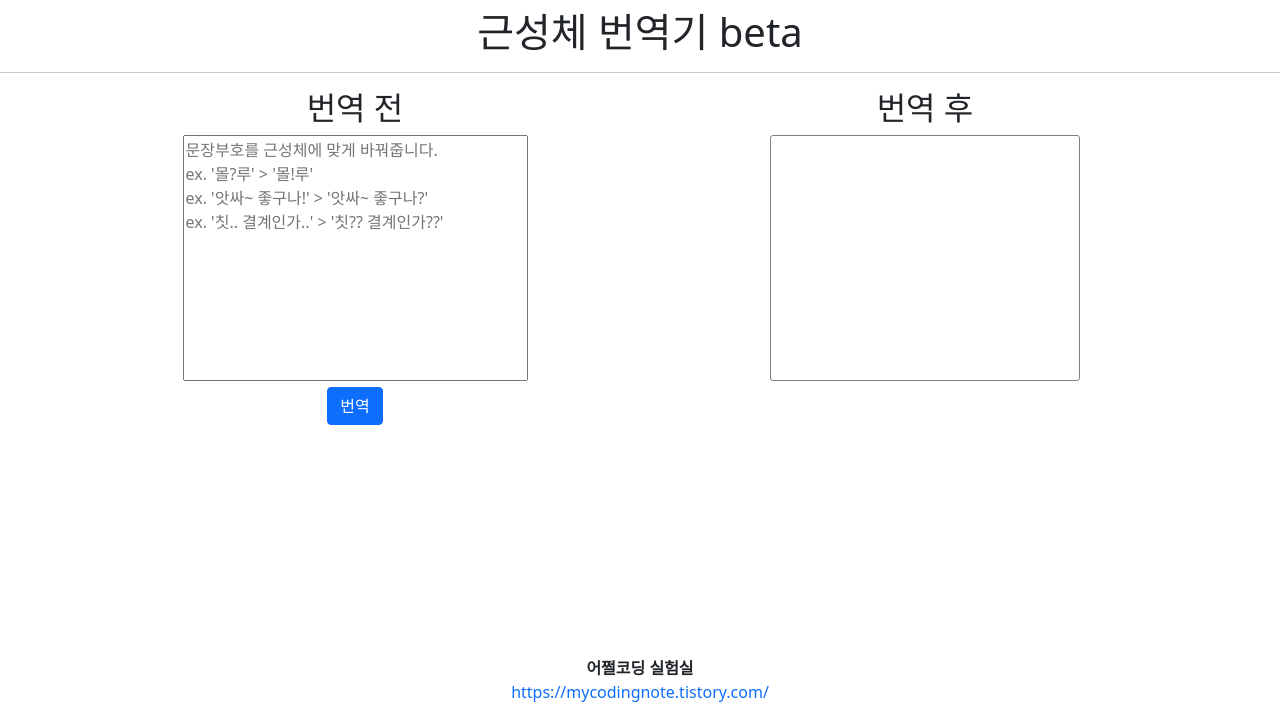
Repository: mickey530/jsp_practice
Page: http://localhost/JSPBasic/sungmo_send.jsp
These files come from the project's save history. The page is drawn as it stood at one moment and after the next save; the edit follows.
The browser window is 1280 px wide. The pictures show the whole page.
The page is served by Tomcat 9.

Above is the page before, as saved 2022-02-05 17:06:55.

### JSPBasic/src/main/webapp/sungmo_send.jsp
<%@ page language="java" contentType="text/html; charset=UTF-8"
    pageEncoding="UTF-8"%>
<!DOCTYPE html>
<html>
<head>
<meta charset="UTF-8">
<!-- 미디어 쿼리 -->
<meta name="viewport" content="width=device-width, initial-scale=1">
<!-- 부트스트랩 링크 -->
<link href="https://cdn.jsdelivr.net/npm/bootstrap@5.1.3/dist/css/bootstrap.min.css" rel="stylesheet" integrity="sha384-1BmE4kWBq78iYhFldvKuhfTAU6auU8tT94WrHftjDbrCEXSU1oBoqyl2QvZ6jIW3" crossorigin="anonymous">
<style>
	header {margin:8px; position:stickey; top:0px;}
	h1, h2 {text-align:center;}
	textarea {resize:none;}
	.result {
		border: 1px solid grey;
		border-radius: 3px;
		margin: 0 auto;
		padding: 2px;
		width: 310px; height: 246px;
	}
	footer {
		width:100%;
		text-align:center;
		position:fixed;
		bottom:0px;
		}
	a {text-decoration:none;}

</style>
<title>근성체 번역기</title>
</head>
<body>
<header>

	<h1>근성체 번역기 beta</h1>

</header>

<hr/>

<div class="container-md">

	<div class="row">

		<div class="col">
			<h2>번역 전</h2>
			<form action="sungmo_getpost.jsp" method="get" style="text-align:center">
				<textarea name="text" placeholder="문장부호를 근성체에 맞게 바꿔줍니다.&#13;&#10;ex. '몰?루' > '몰!루'&#13;&#10;ex. '앗싸~ 좋구나!' > '앗싸~ 좋구나?'&#13;&#10;ex. '칫.. 결계인가..' > '칫?? 결계인가??' " rows="10" cols="35" resize="none"></textarea><br/>
				<input type="submit" class="btn btn-primary" value="번역"/>
			</form>
		</div>

		<div class="col">
			<h2>번역 후</h2>
			<div class="result">

			</div>
		</div>

	</div>

</div>

<footer>
	<address>
	<strong>어쩔코딩 실험실</strong><br/>
	<a href="https://mycodingnote.tistory.com/">https://mycodingnote.tistory.com/</a>

	</address>
</footer>

</body>
</html>

After the next save:
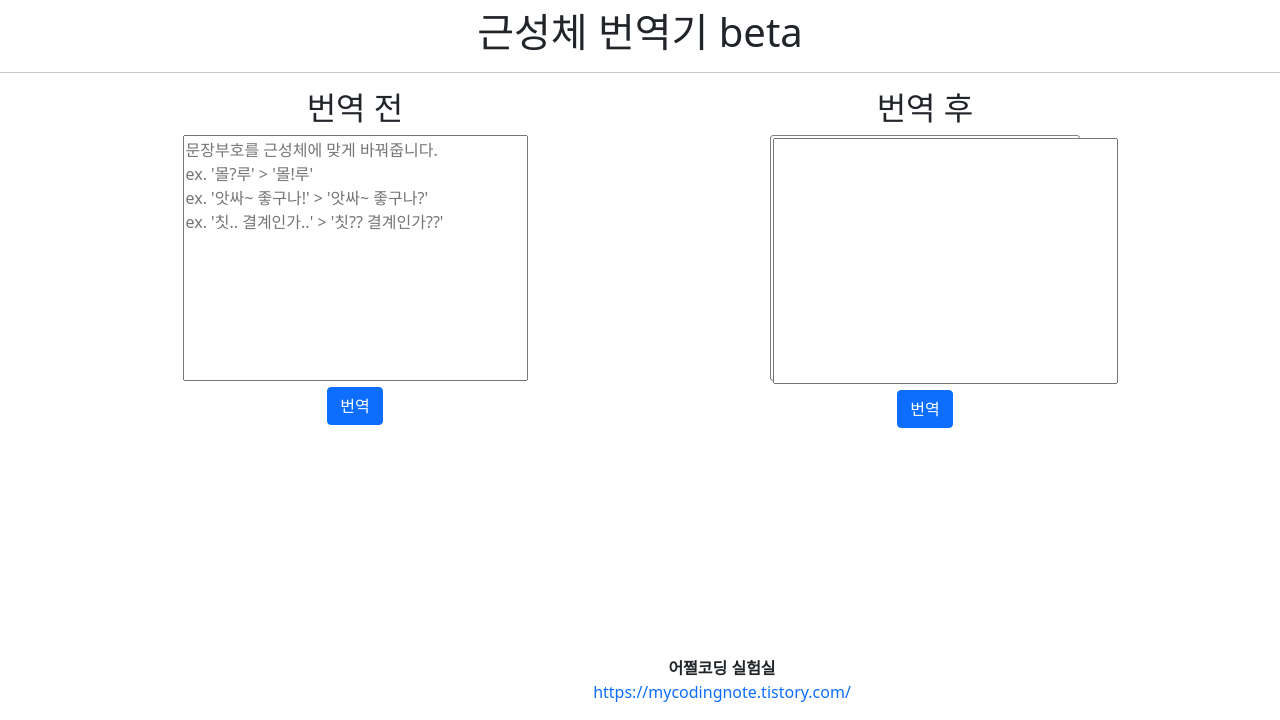
Saved 76 s later.
--- a/JSPBasic/src/main/webapp/sungmo_send.jsp
+++ b/JSPBasic/src/main/webapp/sungmo_send.jsp
@@ -55,8 +55,12 @@
 			<h2>번역 후</h2>
 			<div class="result">
 
+				<form action="sungmo_getpost.jsp" method="get" style="text-align:center">
+					<textarea name="text" rows="10" cols="35"></textarea><br/>
+					<input type="submit" class="btn btn-primary" value="번역"/>
+				</form>
+
 			</div>
-		</div>
 
 	</div>
 
